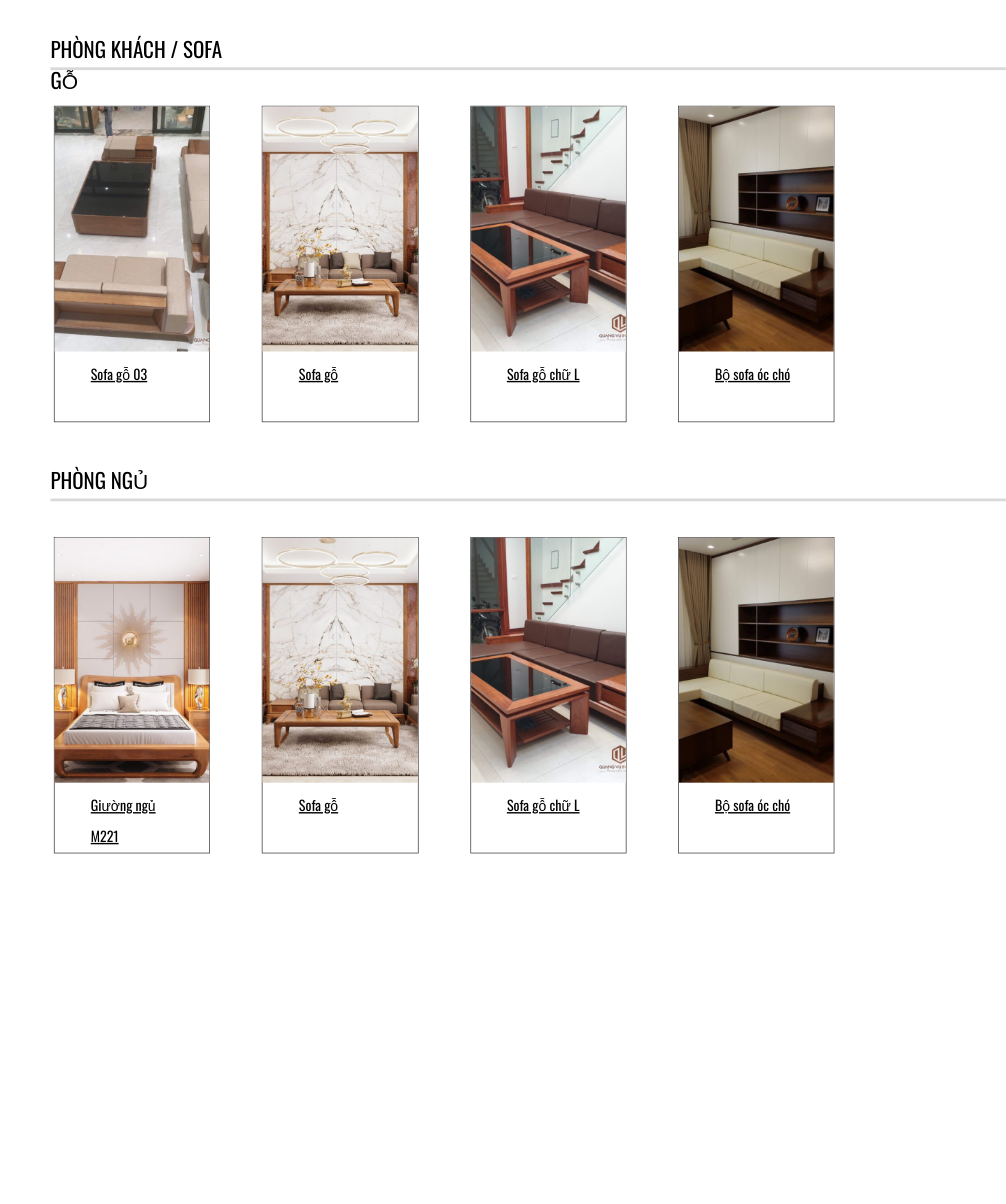
Repository: KHANHD192/FigmaTo-HTML
Page: APP-SHOP/index.html
The author's editor kept a copy of each file at every save. The page is drawn from the files as they stood at one save, then again after the next save.
The browser window is 1280 px wide. The page is 1437 px wide, so the pictures cover 1437 px, including what lies to the right of the window. The pictures show the part of the page from y = 493 to 2213 px (the page is 4376 px tall), at 70% of full size.

Above is the page before, as saved 2022-11-21 14:27:19.

### APP-SHOP/index.html
<!DOCTYPE html>
<html lang="en">
<head>
    <meta charset="UTF-8">
    <meta http-equiv="X-UA-Compatible" content="IE=edge">
    <meta name="viewport" content="width=device-width, initial-scale=1.0">
    <title>APP-SHOP</title>
    <link rel="stylesheet" href="https://cdnjs.cloudflare.com/ajax/libs/normalize/8.0.1/normalize.min.css" integrity="sha512-NhSC1YmyruXifcj/KFRWoC561YpHpc5Jtzgvbuzx5VozKpWvQ+4nXhPdFgmx8xqexRcpAglTj9sIBWINXa8x5w==" crossorigin="anonymous" referrerpolicy="no-referrer" />
    <link rel="stylesheet" href="./asset/Css_main/base.css">
    <link rel="stylesheet" href="./asset/Css_main/main.css">
    <link rel="preconnect" href="https://fonts.googleapis.com">
     <link rel="preconnect" href="https://fonts.gstatic.com" crossorigin>
</head>
<body>
    <div class="app">
         <header class="app__header">
                 <div class="header__nav-bar">
                    <ul class="nav-bar__item">
                        <li>
                            <a href="./index.html" class="nav-bar__item-link">Trang chủ</a>
                        </li>
                        <li>
                            <a href="#" class="nav-bar__item-link">Sản phẩm</a>
                        </li>
                        <li>
                            <a href="./ctdtc.html" class="nav-bar__item-link">Công trình đã thi công</a>
                        </li>
                        <li>
                            <a href="./tintuc.html" class="nav-bar__item-link">Tin tức</a>
                        </li>
                    </ul>
                    <ul class="nav-bar__icon">
                        <li>
                            <img src="./asset/IMG/image 3.png" alt="" class="logo">
                        </li>
                        <li>
                            <img src="./asset/IMG/image 2.png" alt="" class="logo">
                        </li>
                    </ul>
                 </div>
                 <div class="header__background">
                     <img src="./asset/IMG/image 4.png" alt="background">
                 </div>
         </header>
     <div class="app__container">
        <div class="container__collect">
            <div class="collect1">
                <h2 class="title">PHÒNG KHÁCH / SOFA GỖ</h2>
                <ul class="list__item">
                    <li>
                        <div class="wrap__image">
                            <img src="./asset/IMG/image 5.png" alt="" class="item__image">
                        </div>
                        <a href="https://noithatquangvu.vn/san-pham/sofa-go-3/" class="item__image-link">Sofa gỗ 03</a>
                    </li>
                    <li>
                          <div class="wrap__image">
                            <img src="./asset/IMG/image 5 (1).png" alt="" class="item__image">
                          </div>
                        <a href="https://noithatquangvu.vn/san-pham/sofa-go/" class="item__image-link">Sofa gỗ</a>
                    </li>
                    <li>
                         <div class="wrap__image">
                            <img src="./asset/IMG/image 6.png" alt="" class="item__image">
                         </div>
                        <a href="https://noithatquangvu.vn/san-pham/sofa-go-chu-l/" class="item__image-link">Sofa gỗ chữ L</a>
                    </li>
                    <li>
                       <div class="wrap__image">
                        <img src="./asset/IMG/image 6 (1).png" alt="" class="item__image">
                       </div>
                        <a href="https://noithatquangvu.vn/san-pham/bo-sofa-go-oc-cho-ms10/" class="item__image-link">Bộ sofa óc chó</a>
                    </li>

                </ul>
            </div>
            <div class="collect1">
                <h2 class="title">PHÒNG NGỦ</h2>
                <ul class="list__item">
                    <li>
                        <div class="wrap__image">
                            <img src="./asset/IMG/image 5 (2).png" alt="" class="item__image">
                        </div>
                        <a href="https://noithatquangvu.vn/san-pham/sofa-go-3/" class="item__image-link">Giường ngủ M221</a>
                    </li>
                    <li>
                          <div class="wrap__image">
                            <img src="./asset/IMG/image 5 (1).png" alt="" class="item__image">
                          </div>
                        <a href="https://noithatquangvu.vn/san-pham/sofa-go/" class="item__image-link">Sofa gỗ</a>
                    </li>
                    <li>
                         <div class="wrap__image">
                            <img src="./asset/IMG/image 6.png" alt="" class="item__image">
                         </div>
                        <a href="https://noithatquangvu.vn/san-pham/sofa-go-chu-l/" class="item__image-link">Sofa gỗ chữ L</a>
                    </li>
                    <li>
                       <div class="wrap__image">
                        <img src="./asset/IMG/image 6 (1).png" alt="" class="item__image">
                       </div>
                        <a href="https://noithatquangvu.vn/san-pham/bo-sofa-go-oc-cho-ms10/" class="item__image-link">Bộ sofa óc chó</a>
                    </li>

                </ul>
            </div>
        </div>
     </div>
     <footer class="app__footer">

     </footer>
    </div>
</body>
</html>

### APP-SHOP/asset/Css_main/base.css
@import url('https://fonts.googleapis.com/css2?family=Oswald&family=Roboto:wght@100&display=swap');
/* header */
html{
    font-size: 62.5%;
    box-sizing: border-box;
    font-family: 'Oswald', sans-serif;
}
.app{
    max-width: 1800px;
}
.app__header{

}
.header__nav-bar{
      display: flex;
      justify-content: space-between;
      height: 60px;
      background-color: #3C1700;;
}
.nav-bar__item {
    width: 603px;
    height: 30px;
    list-style: none;
    display: flex;
    font-family: 'Oswald', sans-serif;
    font-size: 20px;
    line-height: 29.64px;
    margin-top: 15px;
    margin-bottom: 15px ;
    margin-left: 63px;
}
.nav-bar__item-link{
    text-decoration: none;
    color: #FFFFFF;
    margin-right: 28px;
}
.header__nav-bar:not(:last-child){
    margin-right: 0;
}
.nav-bar__icon{
    list-style: none;
    display: flex;
    margin-top: 15px;
    margin-bottom: 15px ;
    margin-right: 15px;
}
.logo{
    width: 30px;
    height: 30px;
}
.logo:last-child{
    margin-left: 22px;
}
.header__background{
    width:100%;
    height: 420px;
}
.header__background img{
    width: 100%;
    height: 100%;
    object-fit: cover;
}
/* footer */

### APP-SHOP/asset/Css_main/main.css
.app__container{
 max-width: 1800px;
    height: 3835px;
}
.collect1 h2{
    width: 285px;
    height: 42px;
    font-family: 'Oswald', sans-serif;
    font-weight: 400;
    font-size: 30px;
    line-height: 44.46px;
    color: #000000;
    position: relative;
    margin-top: 61px;
    margin-bottom: 61px;
    margin-left: 72px;
}
.collect1 h2::after{
    content: "";
    position: absolute;
    width: 1365px;
    height: 4px;
    background-color: #D9D9D9;
    left:0;
    bottom: -10px;

}
.collect1 .list__item{
    list-style: none;
    display: flex;
    margin-left:77px;
    margin-right: 88px;
    padding-left: 0;
}
.list__item li {
   max-width: 350px;
    height: 450px;
    border:  1px solid #332F2F;
    margin-right: 74px;
}
.list__item li:last-child{
    margin-right: 0;
}
li .wrap__image{
   max-width: 350px;
    height: 350px;
}
.item__image-link{
    display: block;
    max-width:118px;
    height: 63px;
    font-size: 20px;
    font-weight: 400;
    line-height: 44.46px;
    margin:1rem auto;
    color: #000000;
}
li .wrap__image img{
    width: 100%;
    height: 100%;
    object-fit: cover;
}

After the next save:
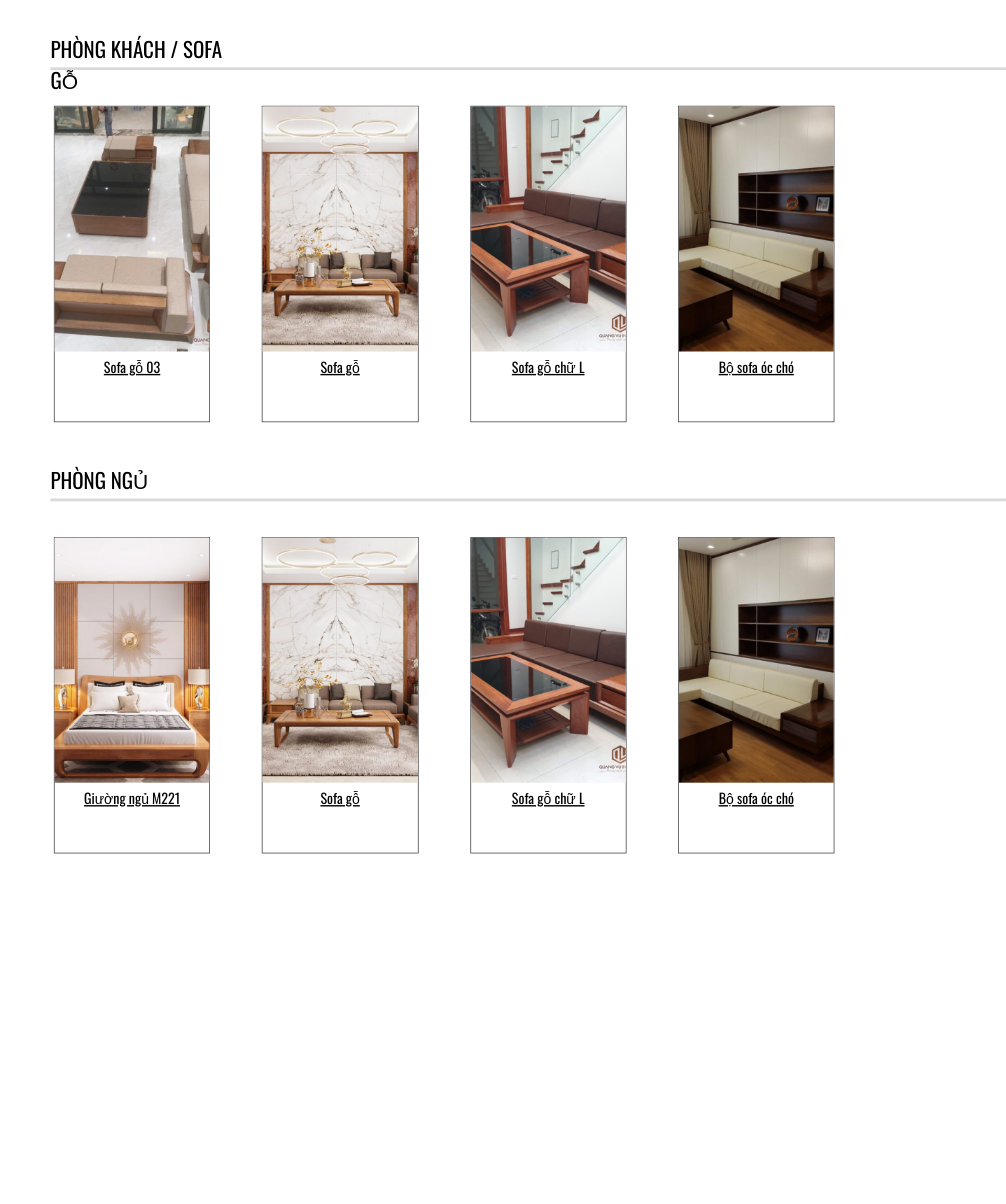
Saved 8 min 45 s later.
--- a/APP-SHOP/asset/Css_main/main.css
+++ b/APP-SHOP/asset/Css_main/main.css
@@ -47,12 +47,12 @@ li .wrap__image{
 }
 .item__image-link{
     display: block;
-    max-width:118px;
+    max-width:100%;
     height: 63px;
     font-size: 20px;
     font-weight: 400;
     line-height: 44.46px;
-    margin:1rem auto;
+   text-align: center;
     color: #000000;
 }
 li .wrap__image img{
